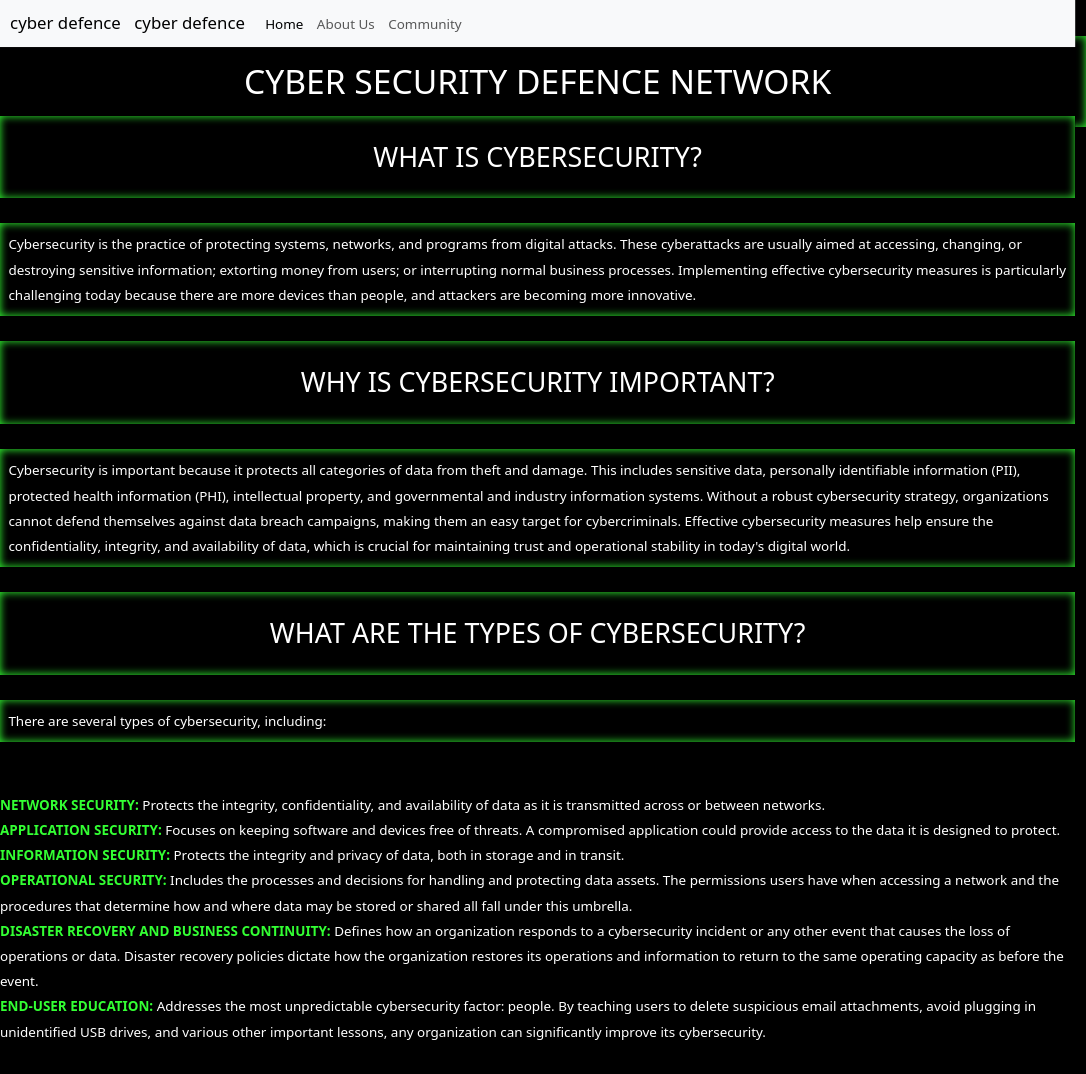
Repository: newworldhost/nwh
Page: index.html
These files come from the project's save history. The page is drawn as it stood at one moment and after the next save; the edit follows.
The browser window is 1280 px wide. The page is 1293 px wide, so the pictures cover 1293 px, including what lies to the right of the window. The pictures show the whole page, at 84% of full size.

Above is the page before, as saved 2025-03-04 23:42:18.

After the next save:
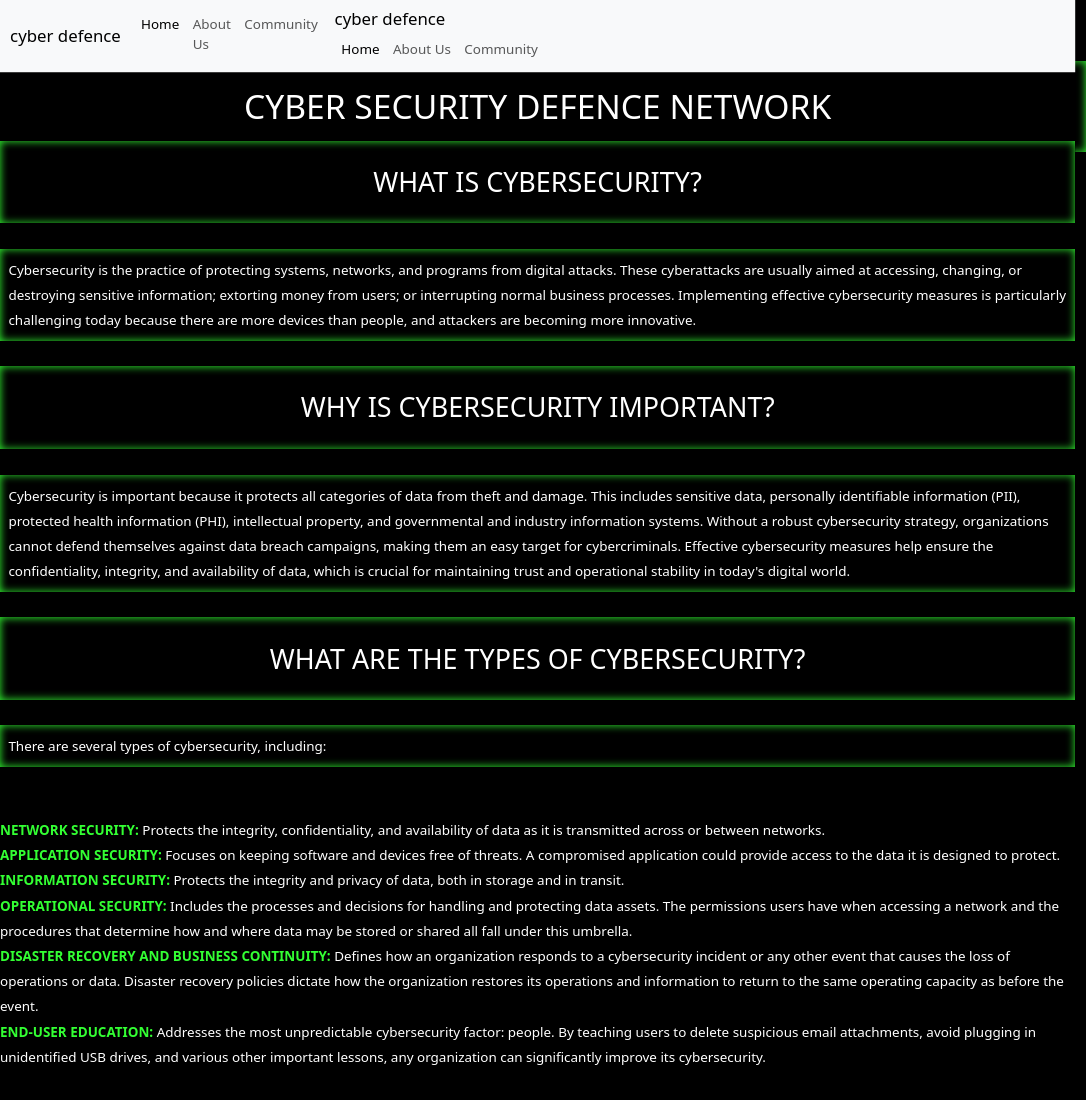
Saved 13 s later.
--- a/index.html
+++ b/index.html
@@ -20,7 +20,10 @@
                 <span class="navbar-toggler-icon"></span>
               </button>
               <div class="collapse navbar-collapse" id="navbarNavAltMarkup">
-                <div class="navbar-nav
+                <div class="navbar-nav">
+                  <a class="nav-link active" aria-current="page" href="#">Home</a>
+                  <a class="nav-link" href="#">About Us</a>
+                  <a class="nav-link" href="#">Community</a>
           <div class="container-fluid">
               <a class="navbar-brand" href="#">cyber defence</a>
               <button class="navbar-toggler" type="button" data-bs-toggle="collapse" data-bs-target="#navbarNavAltMarkup" aria-controls="navbarNavAltMarkup" aria-expanded="false" aria-label="Toggle navigation">

After the 3 saves that followed:
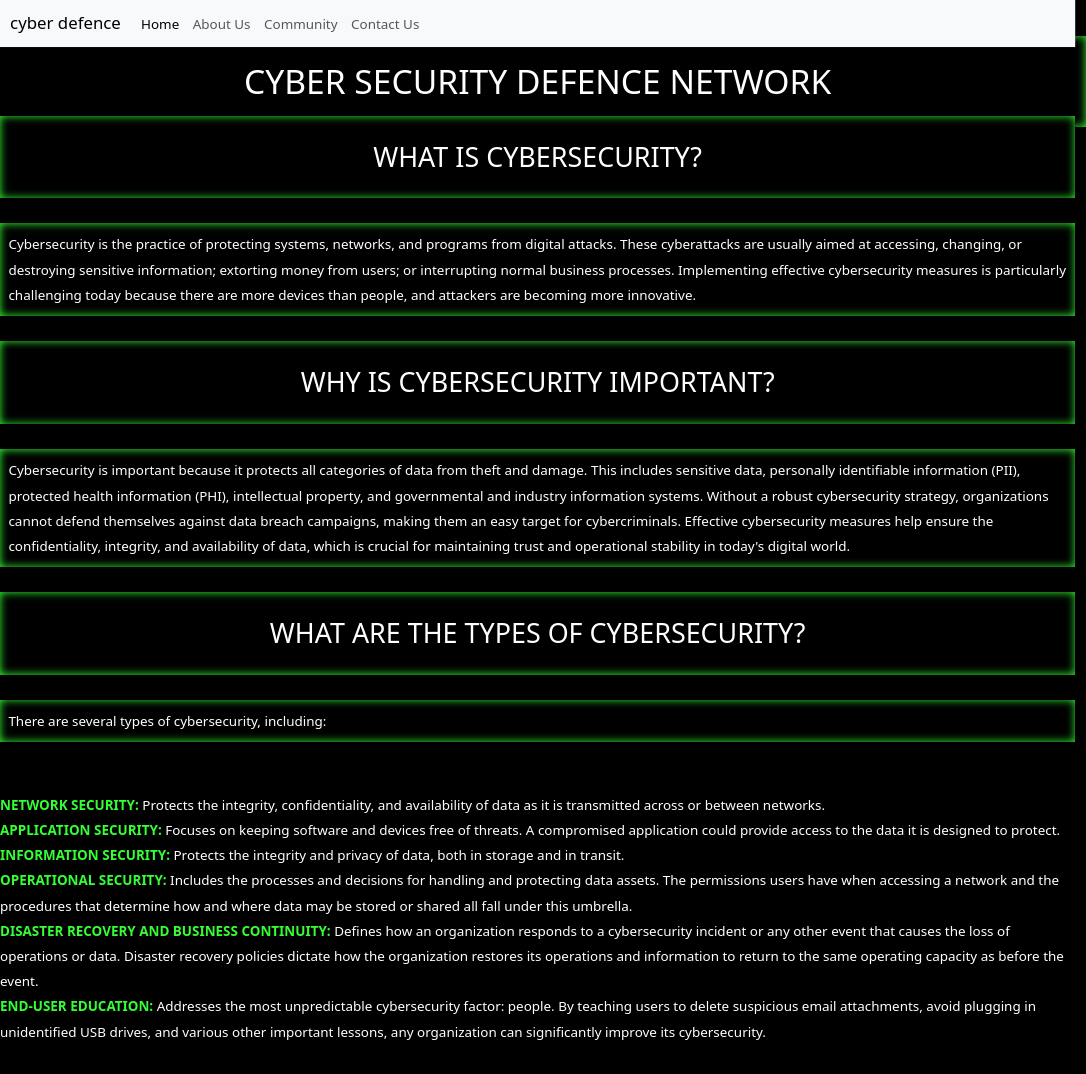
The 3 saves are shown as one change because they came seconds apart.
The last was saved 14 s later.
--- a/index.html
+++ b/index.html
@@ -24,19 +24,7 @@
                   <a class="nav-link active" aria-current="page" href="#">Home</a>
                   <a class="nav-link" href="#">About Us</a>
                   <a class="nav-link" href="#">Community</a>
-          <div class="container-fluid">
-              <a class="navbar-brand" href="#">cyber defence</a>
-              <button class="navbar-toggler" type="button" data-bs-toggle="collapse" data-bs-target="#navbarNavAltMarkup" aria-controls="navbarNavAltMarkup" aria-expanded="false" aria-label="Toggle navigation">
-                <span class="navbar-toggler-icon"></span>
-              </button>
-              <div class="collapse navbar-collapse" id="navbarNavAltMarkup">
-                <div class="navbar-nav">
-                  <a class="nav-link active" aria-current="page" href="#">Home</a>
-                  <a class="nav-link" href="#">About Us</a>
-                  <a class="nav-link" href="#">Community</a>
-
-                </div>
-              </div>
+                  <a class="nav-link" href="#">Contact Us</a>
             </div>
           </nav>
     <h1>cyber security defence network</h1>
